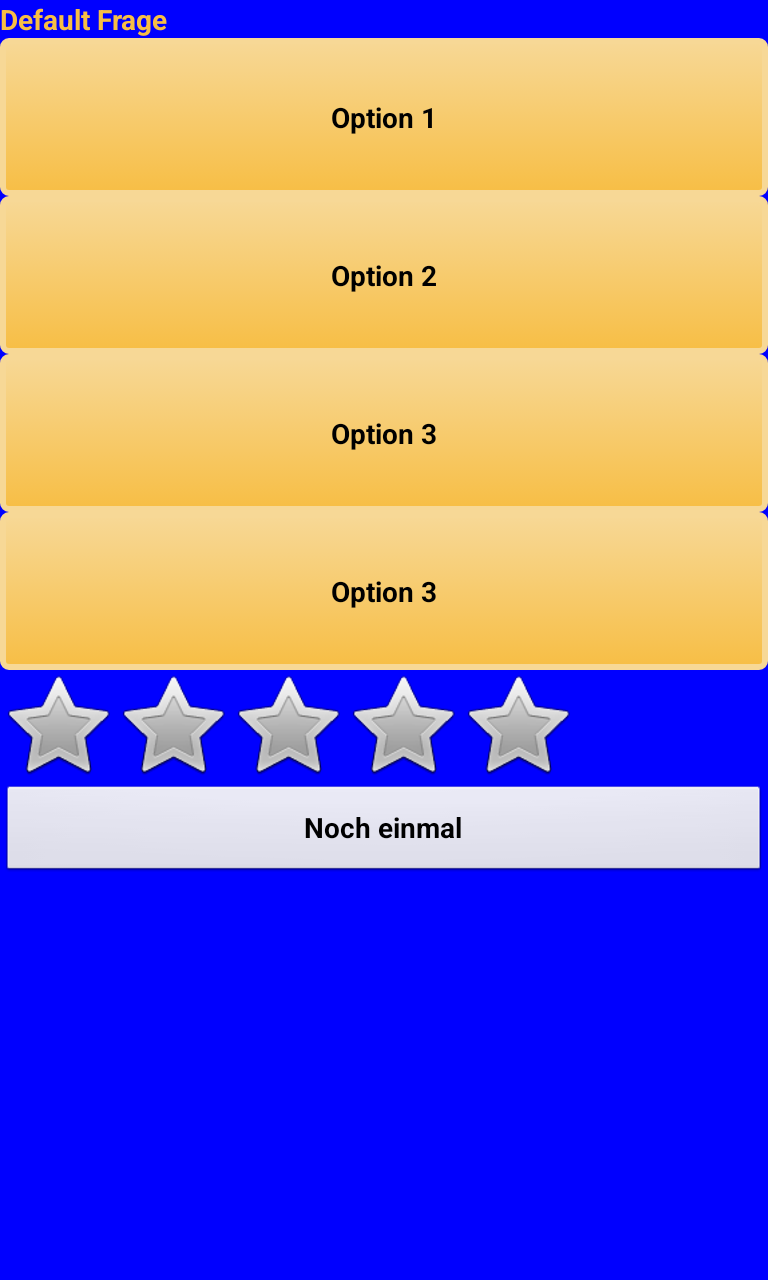
Repository: rueckemann/WWM
Layout: WWM/res/layout/main.xml
The author's editor kept a copy of each file at every save. The layout is drawn from the files as they stood at one save, then again after the next save.
It is drawn on a 768 x 1280 px phone screen (xhdpi) without system bars, with theme WWM_Style; the app's code is not run.

Above is the layout before, as saved 2012-02-20 20:34:30.

### WWM/res/layout/main.xml
<?xml version="1.0" encoding="utf-8"?>

<LinearLayout xmlns:android="http://schemas.android.com/apk/res/android"
	    android:id="@+id/Layout1"
	    android:layout_width="fill_parent"
	    android:layout_height="fill_parent"
	    android:orientation="vertical" >


    <TextView
        android:id="@+id/tvQuestion"
        android:layout_width="fill_parent"
        android:layout_height="wrap_content"
        android:text="@string/frage" />

		<Button
            android:id="@+id/btOption1"
            android:layout_width="fill_parent"
            android:layout_height="wrap_content"
            android:background="@drawable/button_selector"
            android:text="@string/option1" />
    <Button
        android:id="@+id/btOption2"
        android:layout_width="fill_parent"
        android:layout_height="wrap_content"
        android:background="@drawable/button_selector"
        android:text="@string/option2"  />

    <Button
        android:id="@+id/btOption3"
        android:layout_width="fill_parent"
        android:layout_height="wrap_content"
        android:background="@drawable/button_selector"
        android:text="@string/option3" />


    <Button
        android:id="@+id/btOption4"
        android:layout_width="fill_parent"
        android:layout_height="wrap_content"
        android:background="@drawable/button_selector"
        android:text="@string/option4" />

 <RatingBar
        android:id="@+id/ratingBar1"
        android:layout_width="wrap_content"
        android:layout_height="wrap_content"
        android:stepSize="1"
        android:numStars="5" />

    <Button
        android:id="@+id/btRetry"
        android:layout_width="fill_parent"
        android:layout_height="wrap_content"
        android:text="@string/retry" />

</LinearLayout>

### WWM/res/values/styles.xml
<?xml version="1.0" encoding="utf-8"?>
<resources>

   <style name="WWM_Style" parent="android:Theme.Light">

	    <item name="android:textSize">14sp</item>
	    <item name="android:textColor">#F7BE45</item>
	    <item name="android:textStyle">bold</item>

        <item name="android:windowTitleBackgroundStyle">@color/titlebackgroundcolor</item>
        <item name="android:background">@color/blue</item>
    </style>

   <style name="WWM_TextAppearance" parent="@android:style/TextAppearance">
	  </style>
</resources>

### WWM/res/values/colors.xml
<?xml version="1.0" encoding="utf-8"?>
<resources>
     <color name="black">#000</color>
     <color name="blue">#00f</color>
     <color name="red">#f00</color>
     <color name="grey">#f00</color>
     <color name="yellow1">#F9E60E</color>
	   <color name="yellow2">#F9F89D</color>
	   <color name="orange4">#F7BE45</color>
	   <color name="orange5">#F7D896</color>
	   <color name="blue2">#19FCDA</color>
	   <color name="blue25">#D9F7F2</color>
	   <color name="grey05">#ACA899</color>
	   <color name="white1">#FFFFFF</color>
	   <color name="white2">#DDDDDD</color>

     <color name="titlebackgroundcolor">#3232CD</color>
     <color name="backgroundcolor">#3232CD</color>
     <color name="titletextcolor">#FFFF00</color>

</resources>

### WWM/res/values/strings.xml
<?xml version="1.0" encoding="utf-8"?>
<resources>

    <string name="app_name">Wer wird Millionär?</string>

    <string name="frage">Default Frage</string>
    <string name="stufe">Stufe 1</string>
    <string name="option1">Option 1</string>
    <string name="option2">Option 2</string>
    <string name="option3">Option 3</string>
    <string name="option4">Option 3</string>

    <string name="retry">Noch einmal</string>
</resources>

### WWM/res/drawable-hdpi/button_selector.xml
<?xml version="1.0" encoding="UTF-8"?>

<selector
    xmlns:android="http://schemas.android.com/apk/res/android">

    <item android:state_pressed="true" >
        <shape>
            <gradient
                android:startColor="@color/blue"
                android:endColor="@color/blue"
                android:angle="270" />
            <stroke
                android:width="3dp"
                android:color="@color/grey" />
            <corners
                android:radius="3dp" />
            <padding
                android:left="10dp"
                android:top="10dp"
                android:right="10dp"
                android:bottom="10dp" />
        </shape>
    </item>

    <item android:state_focused="true" >
        <shape>
            <gradient
                android:endColor="@color/orange4"
                android:startColor="@color/orange5"
                android:angle="270" />
            <stroke
                android:width="3dp"
                android:color="@color/grey05" />
            <corners
                android:radius="3dp" />
            <padding
                android:left="10dp"
                android:top="10dp"
                android:right="10dp"
                android:bottom="10dp" />
        </shape>
    </item>

    <item>
        <shape>
            <gradient
                android:endColor="@color/orange4"
                android:startColor="@color/orange5"
                android:angle="270" />
            <stroke
                android:width="3dp"
                android:color="@color/orange5" />
            <corners
                android:radius="3dp" />
            <padding
                android:left="20dp"
                android:top="30dp"
                android:right="20dp"
                android:bottom="30dp" />
        </shape>
    </item>
</selector>

After the next save:
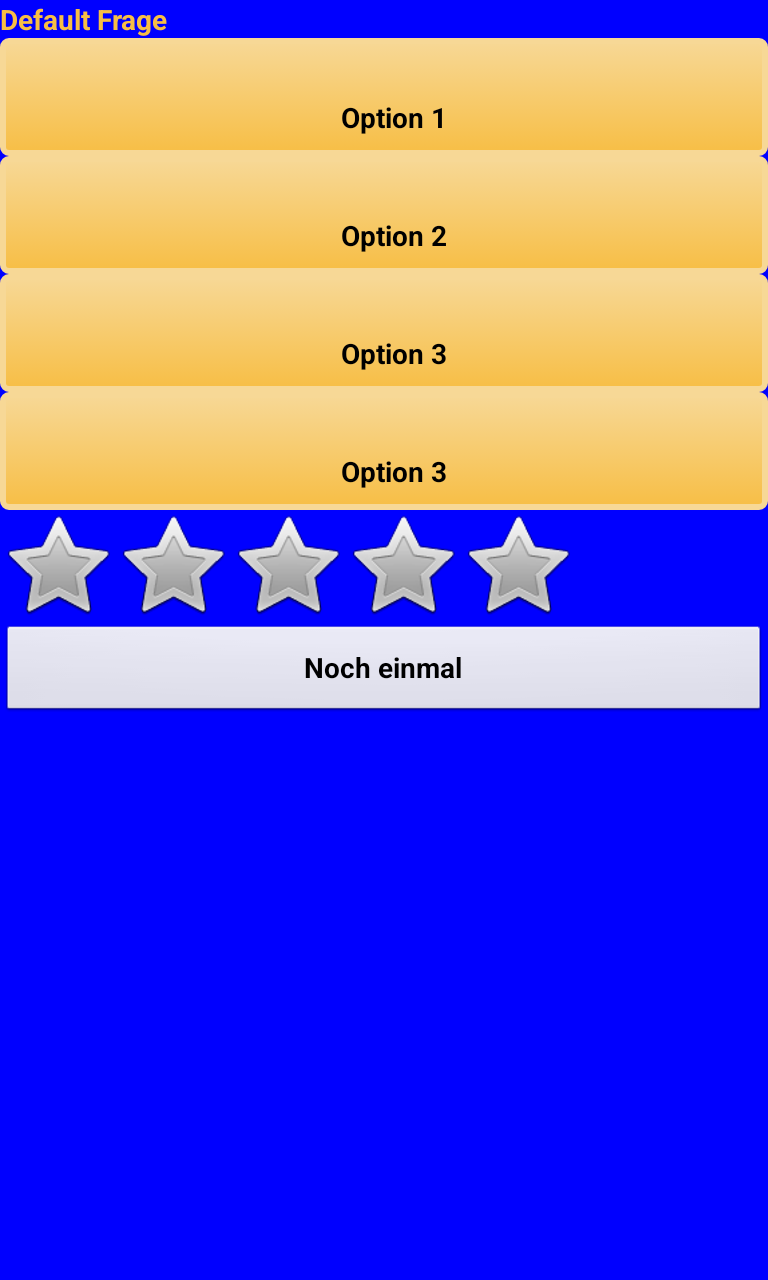
Saved 50 s later.
--- a/WWM/res/drawable-hdpi/button_selector.xml
+++ b/WWM/res/drawable-hdpi/button_selector.xml
@@ -55,8 +55,8 @@
             <padding
                 android:left="20dp"
                 android:top="30dp"
-                android:right="20dp"
-                android:bottom="30dp" />
+                android:right="10dp"
+                android:bottom="10dp" />
         </shape>
     </item>
 </selector>
